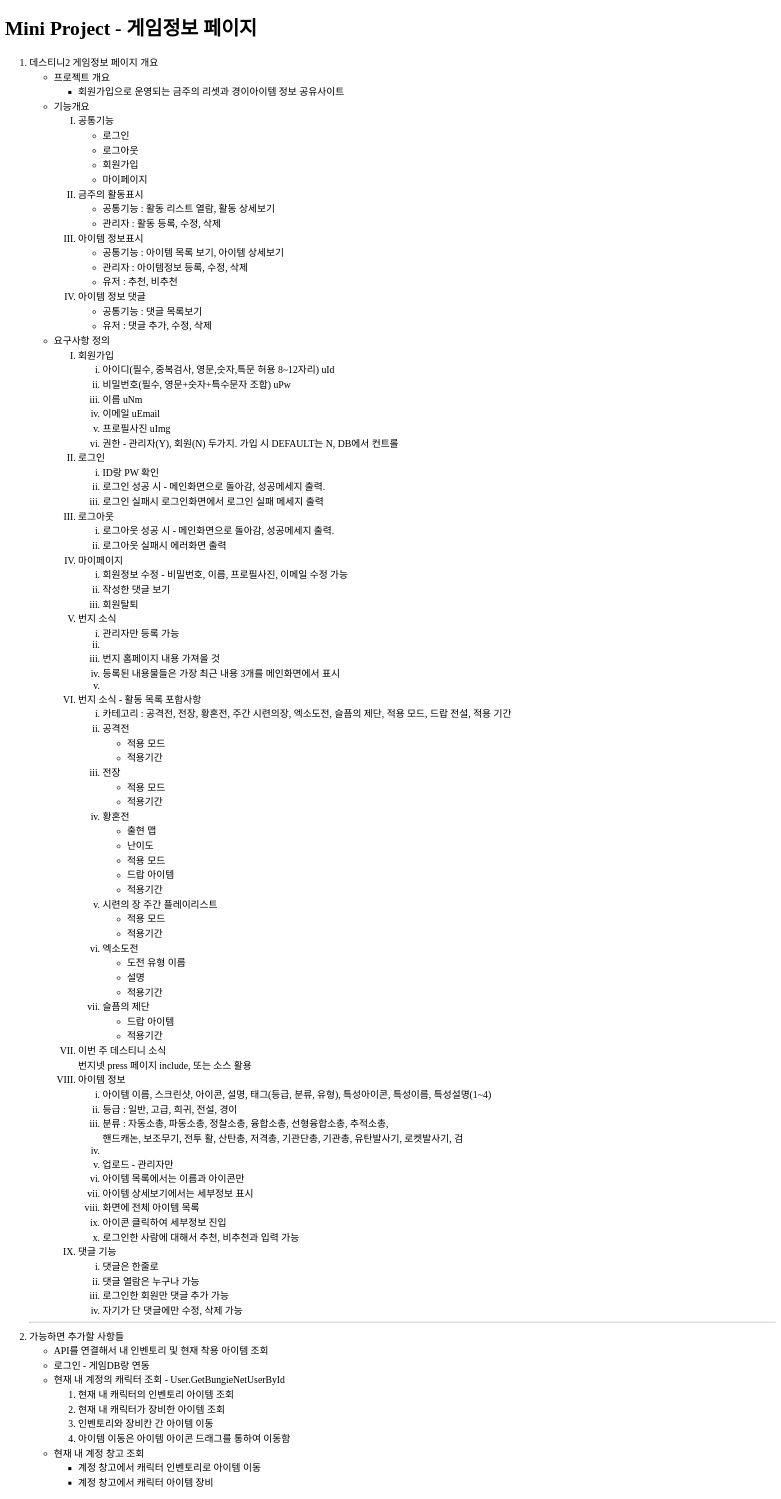
Repository: OrdnateValor/DegaTotal
Page: http://localhost/mini/
These files come from the project's save history. The page is drawn as it stood at one moment and after the next save; the edit follows.
The browser window is 1280 px wide. The pictures show the whole page, at 61% of full size.
The page is served by Tomcat 9. Other server files are loaded and not shown.

Above is the page before, as saved 2021-09-26 03:16:43.

### mini/src/main/webapp/index.jsp
<%@ page language="java" contentType="text/html; charset=UTF-8"
	pageEncoding="UTF-8"%>
<!DOCTYPE html>
<html>
<head>
<meta charset="UTF-8">
<title>index.jsp</title>
</head>
<body>
	<h1>Mini Project - 게임정보 페이지</h1>
	<ol>
		<li>데스티니2 게임정보 페이지 개요<!-- 개요 -->
			<ul>
				<li>프로젝트 개요
					<ul>
						<li>회원가입으로 운영되는 금주의 리셋과 경이아이템 정보 공유사이트</li>
					</ul>
				</li>
			</ul>
			<ul>
				<li>기능개요<!-- 기능개요 -->
					<ol type="I">
						<li>공통기능
							<ul type="circle">
								<li>로그인</li>
								<li>로그아웃</li>
								<li>회원가입</li>
								<li>마이페이지</li>
							</ul>
						</li>
						<li>금주의 활동표시
							<ul type="circle">
								<li>공통기능 : 활동 리스트 열람, 활동 상세보기</li>
								<li>관리자 : 활동 등록, 수정, 삭제</li>
							</ul>
						</li>
						<li>아이템 정보표시
							<ul type="circle">
								<li>공통기능 : 아이템 목록 보기, 아이템 상세보기</li>
								<li>관리자 : 아이템정보 등록, 수정, 삭제</li>
								<li>유저 : 추천, 비추천</li>
							</ul>
						</li>
						<li>아이템 정보 댓글
							<ul type="circle">
								<li>공통기능 : 댓글 목록보기
								<li>유저 : 댓글 추가, 수정, 삭제</li>
							</ul>
						</li>
					</ol>
				</li>
				<!-- 기능개요 끝 -->
				<li>요구사항 정의<!-- 요구사항 정의 -->
					<ol type="I">
						<li>회원가입
							<ol type="i">
								<li>아이디(필수, 중복검사, 영문,숫자,특문 허용 8~12자리) uId</li>
								<li>비밀번호(필수, 영문+숫자+특수문자 조합) uPw</li>
								<li>이름 uNm</li>
								<li>이메일 uEmail</li>
								<li>프로필사진 uImg</li>
								<li>권한 - 관리자(Y), 회원(N) 두가지. 가입 시 DEFAULT는 N, DB에서 컨트롤</li>
							</ol>
						</li>
						<li>로그인
							<ol type="i">
								<li>ID랑 PW 확인</li>
								<li>로그인 성공 시 - 메인화면으로 돌아감, 성공메세지 출력.</li>
								<li>로그인 실패시 로그인화면에서 로그인 실패 메세지 출력</li>
							</ol>
						</li>
						<li>로그아웃
							<ol type="i">
								<li>로그아웃 성공 시 - 메인화면으로 돌아감, 성공메세지 출력.</li>
								<li>로그아웃 실패시 에러화면 출력</li>
							</ol>
						</li>
						<li>마이페이지
							<ol type="i">
								<li>회원정보 수정 - 비밀번호, 이름, 프로필사진, 이메일 수정 가능</li>
								<li>작성한 댓글 보기</li>
								<li>회원탈퇴</li>
							</ol>
						</li>
						<li>번지 소식
							<ol type="i">
								<li>관리자만 등록 가능</li>
								<li></li>
								<li>번지 홈페이지 내용 가져올 것</li>
								<li>등록된 내용물들은 가장 최근 내용 3개를 메인화면에서 표시</li>
								<li></li>
							</ol>
						</li>
						<li>번지 소식 - 활동 목록 포함사항
							<ol type="i">
								<li>카테고리 : 공격전, 전장, 황혼전, 주간 시련의장, 엑소도전, 슬픔의 제단, 적용 모드, 드랍 전설, 적용 기간
								</li>
								<li>공격전
									<ul type="circle">
										<li>적용 모드</li>
										<li>적용기간</li>
									</ul>
								</li>
								<li>전장
									<ul type="circle">
										<li>적용 모드</li>
										<li>적용기간</li>
									</ul>
								</li>
								<li>황혼전
									<ul type="circle">
										<li>출현 맵</li>
										<li>난이도</li>
										<li>적용 모드</li>
										<li>드랍 아이템</li>
										<li>적용기간</li>
									</ul>
								</li>
								<li>시련의 장 주간 플레이리스트
									<ul type="circle">
										<li>적용 모드</li>
										<li>적용기간</li>
									</ul>
								</li>
								<li>엑소도전
									<ul type="circle">
										<li>도전 유형 이름</li>
										<li>설명</li>
										<li>적용기간</li>
									</ul>
								</li>
								<li>슬픔의 제단
									<ul type="circle">
										<li>드랍 아이템</li>
										<li>적용기간</li>
									</ul>
								</li>
							</ol>
						</li>
						<li>이번 주 데스티니 소식<br>번지넷 press 페이지 include, 또는 소스 활용
						</li>
						<li>아이템 정보
							<ol type="i">
								<li>아이템 이름, 스크린샷, 아이콘, 설명, 태그(등급, 분류, 유형), 특성아이콘, 특성이름,
									특성설명(1~4)</li>
								<li>등급 : 일반, 고급, 희귀, 전설, 경이</li>
								<li>분류 : 자동소총, 파동소총, 정찰소총, 융합소총, 선형융합소총, 추적소총,<br>
									핸드캐논, 보조무기, 전투 활, 산탄총, 저격총, 기관단총, 기관총, 유탄발사기, 로켓발사기, 검
								</li>
								<li></li>
								<li>업로드 - 관리자만</li>
								<li>아이템 목록에서는 이름과 아이콘만</li>
								<li>아이템 상세보기에서는 세부정보 표시</li>
								<li>화면에 전체 아이템 목록</li>
								<li>아이콘 클릭하여 세부정보 진입</li>
								<li>로그인한 사람에 대해서 추천, 비추천과 입력 가능</li>
							</ol>
						</li>
						<li>댓글 기능
							<ol type="i">
								<li>댓글은 한줄로</li>
								<li>댓글 열람은 누구나 가능</li>
								<li>로그인한 회원만 댓글 추가 가능</li>
								<li>자기가 단 댓글에만 수정, 삭제 가능</li>
							</ol>
						</li>
					</ol>
				</li>
				<!-- 요구사항 정의 끝 -->
			</ul>
			<hr>
		</li>
		<!-- 개요 끝 -->
		<li>가능하면 추가할 사항들<!-- 추가사항START  -->
			<ul>
				<li>API를 연결해서 내 인벤토리 및 현재 착용 아이템 조회</li>
				<li>로그인 - 게임DB랑 연동</li>
				<li>현재 내 계정의 캐릭터 조회 - User.GetBungieNetUserById
					<ol>
						<li>현재 내 캐릭터의 인벤토리 아이템 조회</li>
						<li>현재 내 캐릭터가 장비한 아이템 조회</li>
						<li>인벤토리와 장비칸 간 아이템 이동</li>
						<li>아이템 이동은 아이템 아이콘 드래그를 통하여 이동함</li>
					</ol>
				</li>
				<li>현재 내 계정 창고 조회
					<ul>
						<li>계정 창고에서 캐릭터 인벤토리로 아이템 이동</li>
						<li>계정 창고에서 캐릭터 아이템 장비</li>
					</ul>
				</li>
			</ul>
		</li>
		<!-- 추가사항END  -->
	</ol>
</body>
</html>

After the next save:
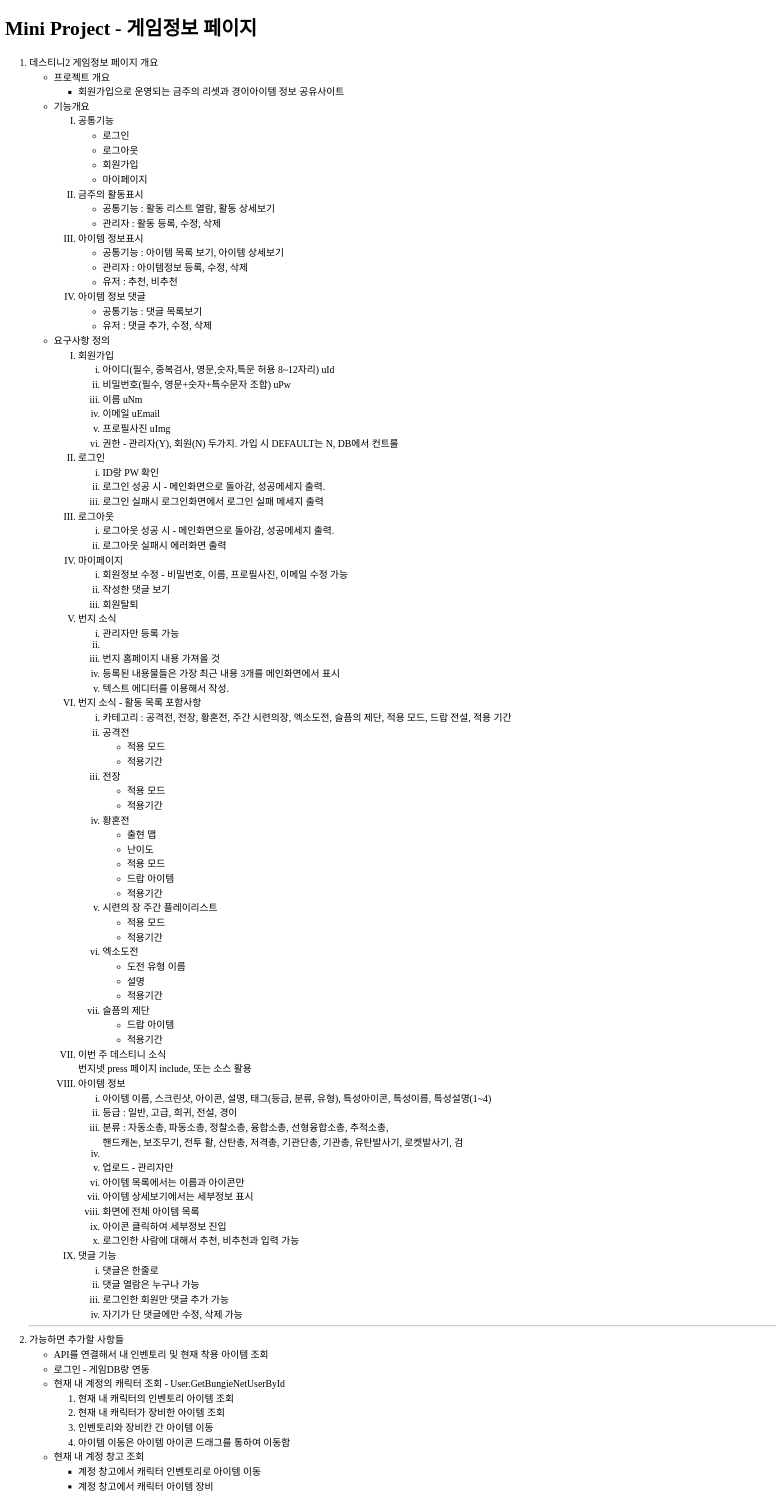
Saved 14 s later.
--- a/mini/src/main/webapp/index.jsp
+++ b/mini/src/main/webapp/index.jsp
@@ -88,7 +88,7 @@
 								<li></li>
 								<li>번지 홈페이지 내용 가져올 것</li>
 								<li>등록된 내용물들은 가장 최근 내용 3개를 메인화면에서 표시</li>
-								<li></li>
+								<li>텍스트 에디터를 이용해서 작성.</li>
 							</ol>
 						</li>
 						<li>번지 소식 - 활동 목록 포함사항
